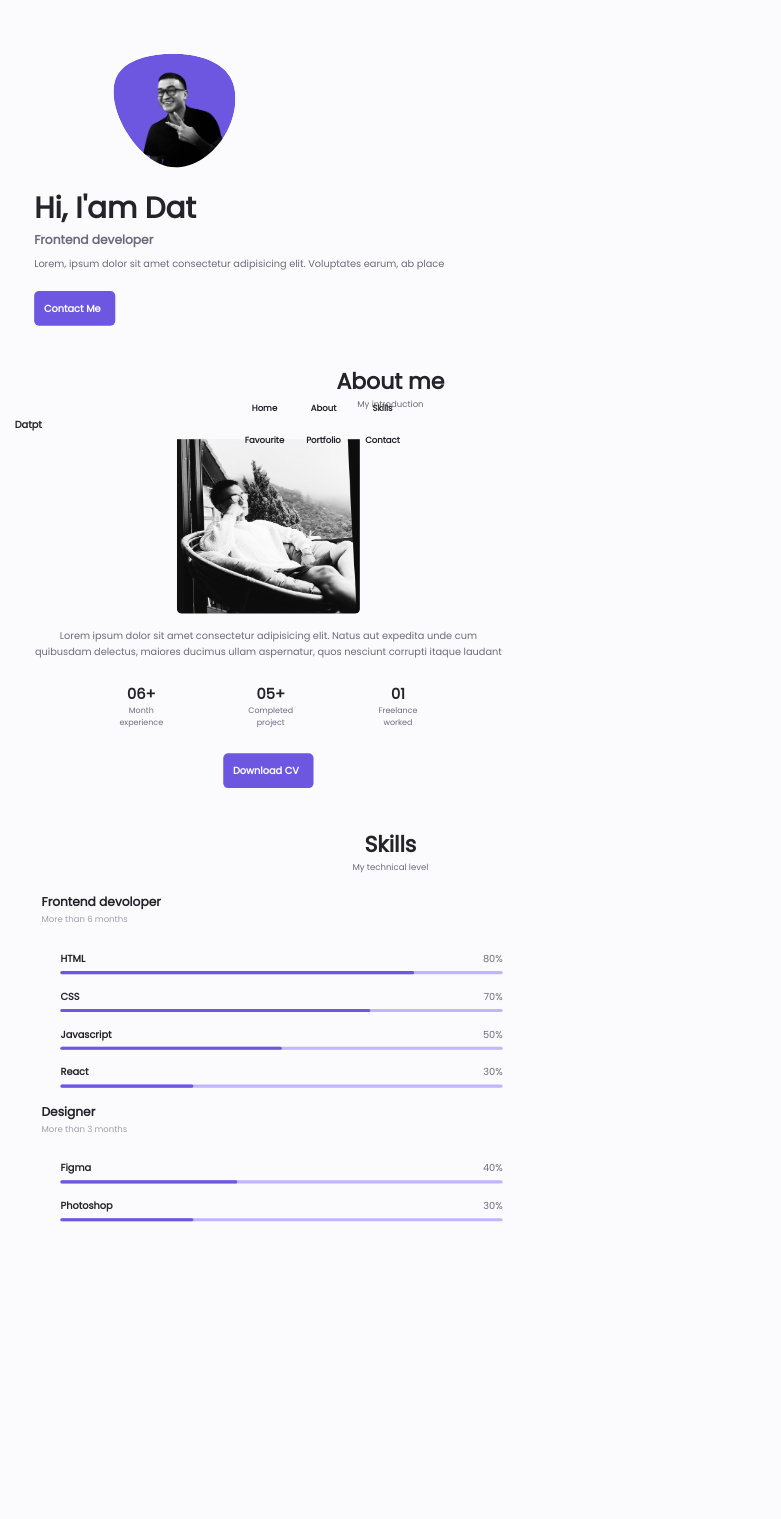
Repository: Datt21/portfolio
Page: index.html
These files come from the project's save history. The page is drawn as it stood at one moment and after the next save; the edit follows.
The browser window is 1280 px wide. The pictures show the whole page, at 61% of full size.
Some icons come from a web library that is not loaded, so they are not drawn.

Above is the page before, as saved 2021-07-10 17:37:52.

### index.html
<!DOCTYPE html>
<html lang="en">
<head>
    <meta charset="UTF-8">
    <meta http-equiv="X-UA-Compatible" content="IE=edge">
    <meta name="viewport" content="width=device-width, initial-scale=1.0">
    <!--============= ICONS ================  -->
    <link rel="stylesheet" href="https://unicons.iconscout.com/release/v4.0.0/css/line.css">

    <!-- ============= SWIPER CSS =============== -->
    <link rel="stylesheet" href="">

    <!-- =============== CSS ========================= -->
    <link rel="stylesheet" href="./Css/style.css">

    <title>Portfolio</title>
</head>
<body>
    <!--============================ HEADER ============================ -->
    <header class="header" id="header">
        <nav class="nav container">
            <a href="#" class="nav__logo">Datpt</a>

            <div class="nav__menu" id="nav-menu">
                <ul class="nav__list grid">
                    <li class="nav__item">
                        <a href="#home" class="nav__link">
                            <i class="uil uil-estate nav__icon"></i>Home
                        </a>
                    </li>
                    <li class="nav__item">
                        <a href="#about" class="nav__link">
                            <i class="uil uil-user nav__icon"></i>About
                        </a>
                    </li>
                    <li class="nav__item">
                        <a href="#skills" class="nav__link">
                            <i class="uil uil-file-alt nav__icon"></i>Skills
                        </a>
                    </li>
                    <li class="nav__item">
                        <a href="#fovourite" class="nav__link">
                            <i class="uil uil-books nav__icon"></i>Favourite
                        </a>
                    </li>
                    <li class="nav__item">
                        <a href="#portfolio" class="nav__link">
                            <i class="uil uil-scenery nav__icon"></i>Portfolio
                        </a>
                    </li>
                    <li class="nav__item">
                        <a href="#contact" class="nav__link">
                            <i class="uil uil-message nav__icon"></i>Contact
                        </a>
                    </li>
                </ul>
                <i class="uil uil-times nav__close" id="nav-close"></i>
            </div>

            <div class="nav__btns">
                <div class="nav__toggle" id="nav-toggle">
                    <i class="uil uil-apps"></i>
                </div>
            </div>
        </nav>
    </header>

     <!--==================== MAIN ====================-->
     <main class="main">
        <!--==================== HOME ====================-->
        <section class="home section" id="home">
            <div class="home__container container grid">
                <div class="home__content grid">
                    <div class="home__social">
                        <a href="https://www.facebook.com/profile.php?id=100043830603950" target="_blank" class="home__social-icon">
                            <i class="uil uil-facebook"></i>
                        </a>
                        <a href="https://t.me/datpt21" target="_blank" class="home__social-icon">
                            <i class="uil uil-telegram-alt"></i>
                        </a>
                        <a href="https://github.com/Datt21" target="_blank" class="home__social-icon">
                            <i class="uil uil-github-alt"></i>
                        </a>
                    </div>

                    <div class="home__img">
                        <svg class="home__blob" viewBox="0 0 200 187" xmlns="http://www.w3.org/2000/svg" xmlns:xlink="http://www.w3.org/1999/xlink">
                            <mask id="mask0" mask-type="alpha">
                                <path d="M190.312 36.4879C206.582 62.1187 201.309 102.826 182.328 134.186C163.346 165.547
                                130.807 187.559 100.226 186.353C69.6454 185.297 41.0228 161.023 21.7403 129.362C2.45775
                                97.8511 -7.48481 59.1033 6.67581 34.5279C20.9871 10.1032 59.7028 -0.149132 97.9666
                                0.00163737C136.23 0.303176 174.193 10.857 190.312 36.4879Z"/>
                            </mask>
                            <g mask="url(#mask0)">
                                <path d="M190.312 36.4879C206.582 62.1187 201.309 102.826 182.328 134.186C163.346
                                165.547 130.807 187.559 100.226 186.353C69.6454 185.297 41.0228 161.023 21.7403
                                129.362C2.45775 97.8511 -7.48481 59.1033 6.67581 34.5279C20.9871 10.1032 59.7028
                                -0.149132 97.9666 0.00163737C136.23 0.303176 174.193 10.857 190.312 36.4879Z"/>

                                <image class="home_blob-img" x='12' y='18 'xlink:href="./images/me.png"/>
                            </g>
                        </svg>

                    </div>

                    <div class="home__data">
                        <h1 class="home__title">Hi, I'am Dat</h1>
                        <h3 class="home_subtitle">Frontend developer</h3>
                        <p class="home_description">Lorem, ipsum dolor sit amet consectetur adipisicing elit.
                            Voluptates earum, ab place</p>
                        <a href="#contact" class="button button--flex">
                            Contact Me<i class="uil uil-message button__icon"></i>
                        </a>
                    </div>
                </div>

                <div class="home_scroll">
                    <a href="#about" class="home__scroll-button button--flex">
                        <i class="uil uil-mouse-alt-2 home__scroll-mouse"></i>
                        <span class="home__scroll-name">Scroll down</span>
                        <i class="uil uil-arrow-down home__scroll-arrow"></i>
                    </a>
                </div>
            </div>
        </section>

        <!--==================== ABOUT ====================-->
        <section class="about section" id="about">
            <h2 class="section__title">About me</h2>
            <span class="section__subtitle">My introduction</span>

            <div class="about__container container grid">
                <img src="./images/me2.jpg" alt="" class="about__img">

                <div class="about-data">
                    <p class="about-decription">Lorem ipsum dolor sit amet consectetur adipisicing elit.
                        Natus aut expedita unde cum quibusdam delectus, maiores ducimus ullam aspernatur, quos nesciunt corrupti itaque laudant</p>

                    <div class="about__info">
                        <div>
                            <span class="about__info-title">06+</span>
                            <span class="about__info-name">Month <br> experience</span>
                        </div>
                        <div>
                            <span class="about__info-title">05+</span>
                            <span class="about__info-name">Completed <br> project</span>
                        </div>
                        <div>
                            <span class="about__info-title">01</span>
                            <span class="about__info-name">Freelance <br> worked</span>
                        </div>
                    </div>

                    <div class="about__buttons">
                        <a download="" href="./pdf/LeTienDat_CV.pdf" class="button button--flex">
                            Download CV <i class="uil uil-download-alt button__icon"></i>
                        </a>
                    </div>
                </div>
            </div>


        </section>

        <!--==================== SKILLS ====================-->
        <section class="skills section" id="skills">
            <h2 class="section__title">Skills</h2>
            <span class="section__subtitle">My technical level</span>

            <div class="skills__container container grid">
                <div>
                    <!-- skill 1 -->
                    <div class="skills__content skills__open">
                        <div class="skills__header">
                            <i class="uil uil-brackets-curly skills__icon"></i>

                            <div>
                                <h1 class="skills__title">Frontend devoloper</h1>
                                <span class="skills__subtitle">More than 6 months</span>
                            </div>

                            <i class="uil uil-angle-down skills__arrow"></i>
                        </div>

                        <div class="skills__list grid">
                            <div class="skills__data">
                                <div class="skills__titles">
                                    <h3 class="skills__name">HTML</h3>
                                    <span class="skills__number">80%</span>
                                </div>
                                <div class="skills__bar">
                                    <span class="skills__percentage skills__html"></span>
                                </div>
                            </div>

                            <div class="skills__data">
                                <div class="skills__titles">
                                    <h3 class="skills__name">CSS</h3>
                                    <span class="skills__number">70%</span>
                                </div>
                                <div class="skills__bar">
                                    <span class="skills__percentage skills__css"></span>
                                </div>
                            </div>

                            <div class="skills__data">
                                <div class="skills__titles">
                                    <h3 class="skills__name">Javascript</h3>
                                    <span class="skills__number">50%</span>
                                </div>
                                <div class="skills__bar">
                                    <span class="skills__percentage skills__js"></span>
                                </div>
                            </div>

                            <div class="skills__data">
                                <div class="skills__titles">
                                    <h3 class="skills__name">React</h3>
                                    <span class="skills__number">30%</span>
                                </div>
                                <div class="skills__bar">
                                    <span class="skills__percentage skills__react"></span>
                                </div>
                            </div>
                        </div>
                    </div>

                    <!-- skill 2 -->
                    <div class="skills__content skills__close">
                        <div class="skills__header">
                            <i class="uil uil-swatchbook skills__icon"></i>

                            <div>
                                <h1 class="skills__title">Designer</h1>
                                <span class="skills__subtitle">More than 3 months</span>
                            </div>
                            <i class="uil uil-angle-down skills__arrow"></i>
                        </div>

                        <div class="skills__list grid">
                            <div class="skills__data">
                                <div class="skills__titles">
                                    <h3 class="skills__name">Figma</h3>
                                    <span class="skills__number">40%</span>
                                </div>
                                <div class="skills__bar">
                                    <span class="skills__percentage skills__figma"></span>
                                </div>
                            </div>

                            <div class="skills__data">
                                <div class="skills__titles">
                                    <h3 class="skills__name">Photoshop</h3>
                                    <span class="skills__number">30%</span>
                                </div>
                                <div class="skills__bar">
                                    <span class="skills__percentage skills__photoshop"></span>
                                </div>
                            </div>

                        </div>
                    </div>
                </div>
            </div>


        </section>

        <!--==================== QUALIFICATION ====================-->
        <section class="qualification section">


        </section>

        <!--==================== SERVICES ====================-->
        <section class="services section" id="services">


        </section>

        <!--==================== PORTFOLIO ====================-->
        <section class="portfolio section" id="portfolio">


        </section>

        <!--==================== PROJECT IN MIND ====================-->
        <section class="project section">


        </section>

        <!--==================== TESTIMONIAL ====================-->
        <section class="testimonial section">


        </section>

        <!--==================== CONTACT ME ====================-->
        <section class="contact section" id="contact">


        </section>
    </main>

    <!--==================== FOOTER ====================-->
    <footer class="footer">


    </footer>

    <!--==================== SCROLL TOP ====================-->


    <!--==================== SWIPER JS ====================-->
    <script src=""></script>

    <!-- =================== JS ======================= -->
    <script src="./JS/main.js"></script>
</body>
</html>

### Css/style.css
/* ========================= GOOGLE FONTS ========================= */
@import url('https://fonts.googleapis.com/css2?family=Poppins&display=swap');

/*========================= VARIABLES CSS ==========================*/
:root{
    --header-height: 3rem;

    /* ---COLORS----- */
    --hue-color: 250;
    --first-color: hsl(var(--hue-color), 69%, 61%);
    --first-color-second: hsl(var(--hue-color), 69%, 61%);
    --first-color-alt: hsl(var(--hue-color), 57%, 53%);
    --first-color-lighter: hsl(var(--hue-color), 92%, 85%);
    --title-color:hsl(var(--hue-color), 8%, 15%);
    --text-color: hsl(var(--hue-color), 8%, 45%);
    --text-color-light: hsl(var(--hue-color), 8%, 65%);
    --input-color: hsl(var(--hue-color), 70%, 96%);
    --body-color: hsl(var(--hue-color), 60%, 99%);
    --container-color: #fff;

    /* --- FONT & SIZES */
    --body-font: 'Poppins', sans-serif;

    --font-semi-bold: 700;
    --font-medium: 600;

    --big-font-size: 2rem;
    --h1-font-size: 1.5rem;
    --h2-font-size: 1.25rem;
    --h3-font-size: 1.125rem;
    --normal-font-size: .938rem;
    --small-font-size: .813rem;
    --smaller-font-size: .75rem;

    /* --- MARGIN BOTTOM */
    --mb-0-25: .25rem;
    --mb-0-5: .5rem;
    --mb-0-75: .75rem;
    --mb-1: 1rem;
    --mb-1-5: 1.5rem;
    --mb-2: 2rem;
    --mb-2-5: 2.5rem;
    --mb-3: 3rem;

    /* Z INDEX */
    --z-tooltip: 10;
    --z-fixed: 100;
    --z-modal: 1000;

}

/* Font size for large devices */
@media screen and (min-width: 968px){
    :root {
        --big-font-size: 3rem;
        --h1-font-size: 2.25rem;
        --h2-font-size: 1.5rem;
        --h3-font-size: 1.25rem;
        --normal-font-size: 1rem;
        --small-font-size: .875rem;
        --smaller-font-size: .813rem;
    }

}

/*====================== Variables Dark Theme ===================  */

/*====================== Button Dark/Light  ===================  */

/*====================== BASE ========================= */
*{
    box-sizing: border-box;
    padding: 0;
    margin: 0;
}

html{
    scroll-behavior: smooth;
}

body{
    margin: 0 0 var(--header-height) 0;
    font-family: var(--body-font);
    font-size: var(--normal-font-size);
    background-color: var(--body-color);
    color: var(--text-color);
}

h1,h2,h3,h4{
    color: var(--title-color);
    font-weight: var(--font-semi-bold)
}

ul{
    list-style: none;
}

a{
    text-decoration: none;
}

img{
    max-width: 100%;
    height: auto;
}

/*========================= set section - css classes ====================  */
.section{
    padding: 2rem;
}

.section__title{
    font-size: var(--h1-font-size);
}

.section__subtitle{
    display: block;
    font-size: var(--small-font-size);
    margin-bottom: var(--mb-2);
}

.section__title,
.section__subtitle{
    text-align: center;
}

/* ===================== LAYOUT ============================== */
.container{
    max-width: 768px;
    margin-left: var(--mb-1-5);
    margin-right: var(--mb-1-5);
}

.grid{
    display: grid;
    gap: 1.5rem;
}

.header{
    width: 100%;
    position: fixed;
    bottom: 0;
    left: 0;
    z-index: var(--z-fixed);
    background-color: var(--body-color);
}

/* ===================== NAV ==================== */
.nav{
    max-width: 968px;
    height: var(--header-height);
    display: flex;
    justify-content:space-between;
    align-items: center;
}

.nav__logo,
.nav__toggle{
    color: var(--title-color);
    font-weight: var(--font-medium);
}

.nav__logo:hover{
    color: var(--first-color);
}

.nav__toggle{
    font-size: 1.1rem;
    cursor: pointer;
}

.nav__toggle:hover{
    color: var(--first-color);
}

@media screen and (max-width: 767px) {
    .nav__menu{
        position: fixed;
        bottom: -100%;
        left: 0;
        width: 100%;
        background-color: var(--body-color);
        padding: 2rem 1.5rem 4rem;
        box-shadow: 0 -1px 4px rgb(0,0,0, .15 );
        border-radius: 1.5rem 1.5rem 0 0;
        transition:0.3s;
    }
}

.nav__list{
    grid-template-columns: repeat(3,1fr);
    gap: 2rem;
}

.nav__link{
    display: flex;
    flex-direction: column;
    align-items: center;
    font-size: var(--small-font-size);
    color: var(--title-color);
    font-weight: var(--font-medium);
}

.nav__link:hover{
    color: var(--first-color);
}

.nav__icon{
    font-size: 1.2rem;
}

.nav__close{
    position: absolute;
    right: 1.3rem;
    bottom: .5rem;
    font-size: 1.5rem;
    cursor: pointer;
    color: var(--first-color);
}

.nav__close:hover{
    color: var(--first-color-alt);
}

/* -----show menu ---------- */
.show-menu{
    bottom: 0;
}

/*==================== HOME ====================*/
.home__container{
    gap: 1rem;
}

.home__content{
    grid-template-columns: .5fr 3fr;
    padding-top: 3.5rem;
    align-items: center;
}

.home__social{
    display: grid;
    grid-template-columns: max-content;
    row-gap: 1rem;
}

.home__social-icon{
    font-size: 1.25rem;
    color: var(--first-color);
}

.home__social-icon:hover{
    color: var(--first-color-alt);
    transform: scale(1.2);
}

.home__blob{
    width: 200px;
    fill: var(--first-color);
}

.home_blob-img{
    width: 170px;
}

.home__data{
    grid-column: 1/3;
}

.home__title{
    font-size: var(--big-font-size);
}

.home_subtitle{
    font-size: var(--h3-font-size);
    color: var(--text-color);
    font-weight: var(--font-medium);
    margin-bottom: var(--mb-0-75);
}

.home_description{
    margin-bottom: var(--mb-2);
}

.home_scroll{
    display: none;
}

.home__scroll-button{
    color: var(--first-color);
    transition: 0.3s;
}

.home__scroll-button:hover{
    transform: translateY(0.25rem);
}

.home__scroll-mouse{
    font-size: 2rem;
}

.home__scroll-name{
    font-size: var(--small-font-size);
    color: var(--title-color);
    font-weight: var(--font-medium);
    margin-right: var(--mb-0-25);
}

.home__scroll-arrow{
    font-size: 1.25rem;
}

/*==================== BUTTONS ====================*/
.button{
    display: inline-block;
    background-color: var(--first-color);
    color: #fff;
    padding: 1rem;
    border-radius: .5rem;
    font-weight: var(--font-medium);
}

.button:hover{
    background-color: var(--first-color-alt);
}

.button__icon{
    font-size: 1.25rem;
    margin-left: var(--mb-0-5);
    transition: 0.3s;
}

.button--flex{
    display: inline-flex;
    align-items: center;
}



/*==================== ABOUT ====================*/
.about__img{
    border-radius: .5rem;
    width: 300px;
    justify-self: center;
    align-self: center;
    height: 300px;
    object-fit: cover;
}

.about-decription{
    text-align: center;
    margin-bottom: var(--mb-2-5);
}

.about__info{
    display: flex;
    justify-content: space-evenly;
    margin-bottom: var(--mb-2-5);
}

.about__info-title{
    font-size: var(--h2-font-size);
    font-weight: var(--font-semi-bold);
    color: var(--title-color);
}

.about__info-name{
    font-size: var(--smaller-font-size);
}

.about__info-title,
.about__info-name{
    display: block;
    text-align: center;
}

.about__buttons{
    display: flex;
    justify-content: center;
}

/*==================== SKILLS ====================*/
.skills__container{
    row-gap: 0;
}

.skills__header{
    display: flex;
    align-items: center;
    margin-bottom: var(--mb-2-5);
    cursor: pointer;
}

.skills__icon,
.skills__arrow{
    font-size: 2rem;
    color: var(--first-color);
}

.skills__icon{
    margin-right: var(--mb-0-75);
}

.skills__content{
    margin-bottom: var(--mb-1-5);
}

.skills__title{
    font-size: var(--h3-font-size);
}

.skills__subtitle{
    font-size: var(--small-font-size);
    color: var(--text-color-light);
}

.skills__arrow{
    margin-left: auto;
    transition: .4s;
}

.skills__list{
    row-gap: 1.5rem;
    padding-left: 2.7rem;
}

.skills__titles{
    display: flex;
    justify-content: space-between;
    margin-bottom: var(--mb-0-5);
}

.skills__name{
    font-size: var(--normal-font-size);
    font-weight: var(--font-medium);
}

.skills__bar,
.skills__percentage{
    height: 5px;
    border-radius: .25rem;
}

.skills__bar{
    background: var(--first-color-lighter);
}

.skills__percentage{
    display: block;
    background-color: var(--first-color);
}

.skills__html{
    width: 80%;
}

.skills__css{
    width: 70%;
}

.skills__js{
    width: 50%;
}

.skills__react{
    width: 30%;
}

.skills__figma{
    width: 40%;
}

.skills__photoshop{
    width: 30%;
}

/*==================== QUALIFICATION ====================*/


/*==================== SERVICES ====================*/


/* Active Modal */


/*==================== PORTFOLIO ====================*/


/*==================== PROJECT IN MIND ====================*/


/*==================== TESTIMONIAL ====================*/


/*==================== CONTACT ME ====================*/


/*==================== FOOTER ====================*/


/*========== SCROLL UP ==========*/


/* Show scroll */


/*========== SCROLL BAR ==========*/


/*==================== MEDIA QUERIES ====================*/
/* For small devices */


/* For medium devices */


/* For large devices */

Loaded but not shown: JS/main.js (56 lines, source omitted)

After the next save:
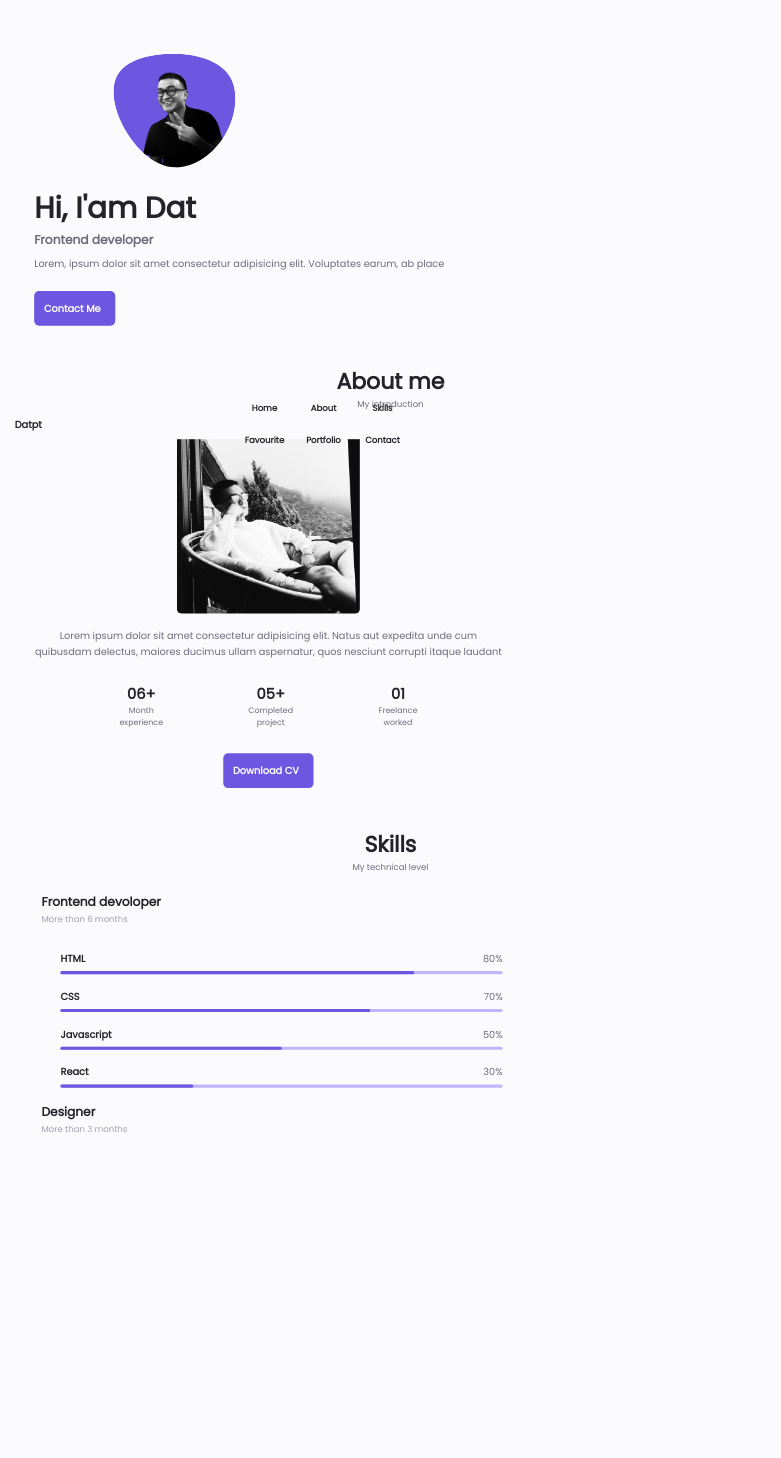
Saved 32 s later.
--- a/Css/style.css
+++ b/Css/style.css
@@ -474,6 +474,11 @@ img{
     width: 30%;
 }
 
+
+.skills__close .skills__list{
+    height: 0;
+    overflow: hidden;
+}
 /*==================== QUALIFICATION ====================*/
 
 
